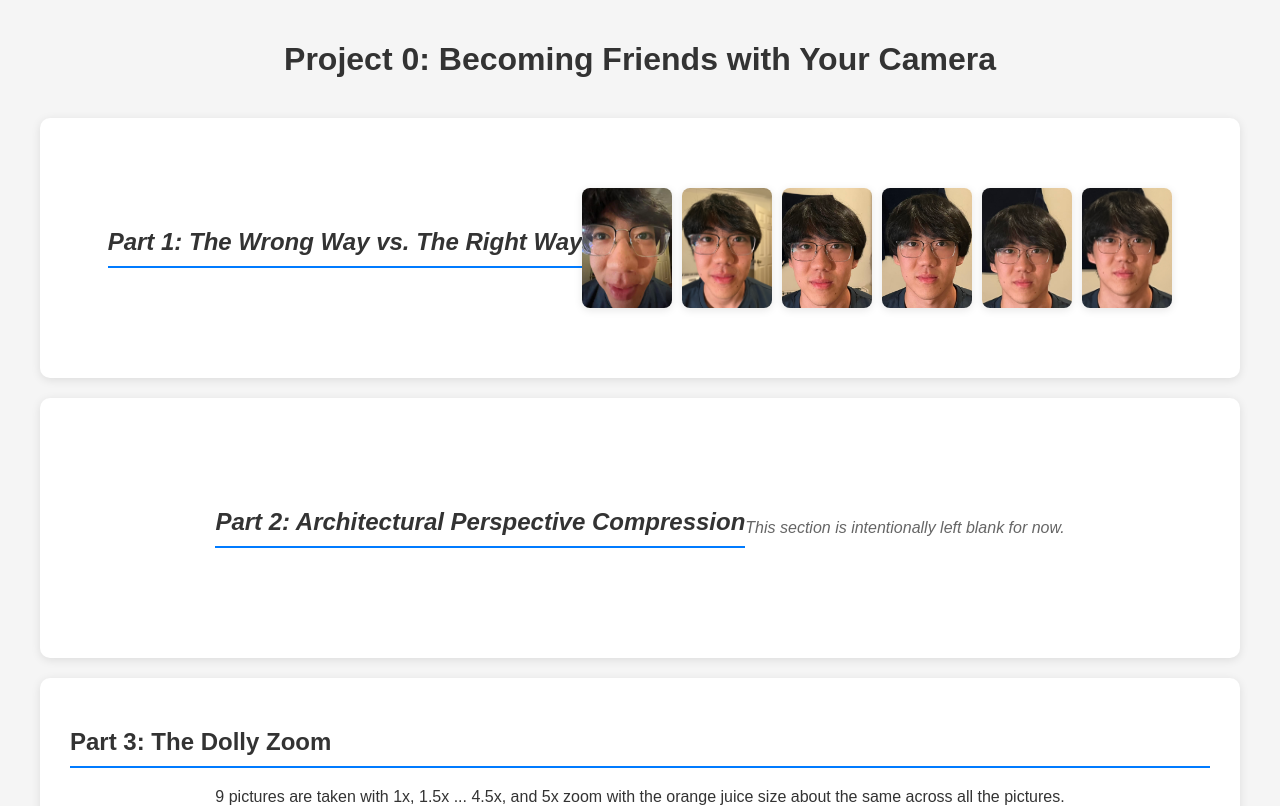
Repository: shuo-yuan/shuo-yuan.github.io
Page: 0/index.html
The author's editor kept a copy of each file at every save. The page is drawn from the files as they stood at one save, then again after a run of saves.
The browser window is 1280 px wide. The pictures show the part of the page from y = 0 to 806 px (the page is 1200 px tall).
A picture or video elsewhere on the page could not be fetched, so the positions and the page height are approximate.

Above is the page before, as saved 2025-09-02 02:00:32.

### 0/index.html
<!DOCTYPE html>
<html lang="en">
<head>
    <meta charset="UTF-8">
    <meta name="viewport" content="width=device-width, initial-scale=1.0">
    <title>Project 0: Becoming Friends with Your Camera</title>
    <style>
        body {
            font-family: Arial, sans-serif;
            max-width: 1200px;
            margin: 0 auto;
            padding: 20px;
            background-color: #f5f5f5;
        }

        .part {
            background: white;
            margin: 20px 0;
            padding: 30px;
            border-radius: 10px;
            box-shadow: 0 2px 10px rgba(0,0,0,0.1);
        }

        .part h2 {
            color: #333;
            border-bottom: 2px solid #007bff;
            padding-bottom: 10px;
            margin-bottom: 20px;
        }

        .part1, .part2 {
            min-height: 200px;
            display: flex;
            align-items: center;
            justify-content: center;
            color: #666;
            font-style: italic;
        }

        .gif-container {
            text-align: center;
        }

        .gif-container img {
            max-width: 60%;
            height: auto;
            border-radius: 8px;
            box-shadow: 0 4px 15px rgba(0,0,0,0.2);
        }

        .gif-container p {
            margin-top: 15px;
            color: #666;
            font-size: 14px;
        }

        .selfie-row {
            display: flex;
            justify-content: center;
            align-items: center;
            gap: 10px;
            margin: 20px 0;
            flex-wrap: wrap;
        }

        .selfie-row img {
            max-width: 120px;
            max-height: 120px;
            width: auto;
            height: auto;
            border-radius: 8px;
            box-shadow: 0 2px 8px rgba(0,0,0,0.1);
            object-fit: cover;
        }
    </style>
</head>
<body>
    <h1 style="text-align: center; color: #333; margin-bottom: 40px;">Project 0: Becoming Friends with Your Camera</h1>

    <div class="part part1">
        <h2>Part 1: The Wrong Way vs. The Right Way</h2>
        <div class="selfie-row">
            <img src="media/selfie_05.jpg" alt="Selfie 0.5x">
            <img src="media/selfie_1.jpg" alt="Selfie 1x">
            <img src="media/selfie_2.jpg" alt="Selfie 2x">
            <img src="media/selfie_3.jpg" alt="Selfie 3x">
            <img src="media/selfie_4.jpg" alt="Selfie 4x">
            <img src="media/selfie_5.jpg" alt="Selfie 5x">
        </div>
    </div>

    <div class="part part2">
        <h2>Part 2: Architectural Perspective Compression</h2>
        <div class="part2">
            <p>This section is intentionally left blank for now.</p>
        </div>
    </div>

    <div class="part part3">
        <h2>Part 3: The Dolly Zoom</h2>
        <p style="text-align: center; margin-bottom: 20px; color: #333; font-size: 16px;">9 pictures are taken with 1x, 1.5x ... 4.5x, and 5x zoom with the orange juice size about the same across all the pictures.</p>
        <div class="gif-container">
            <img src="../0/media/recurring_animation.gif" alt="Recurring Animation GIF" onerror="this.style.display='none'; this.nextElementSibling.style.display='block';">
        </div>
    </div>
</body>
</html>

After the next 3 saves:
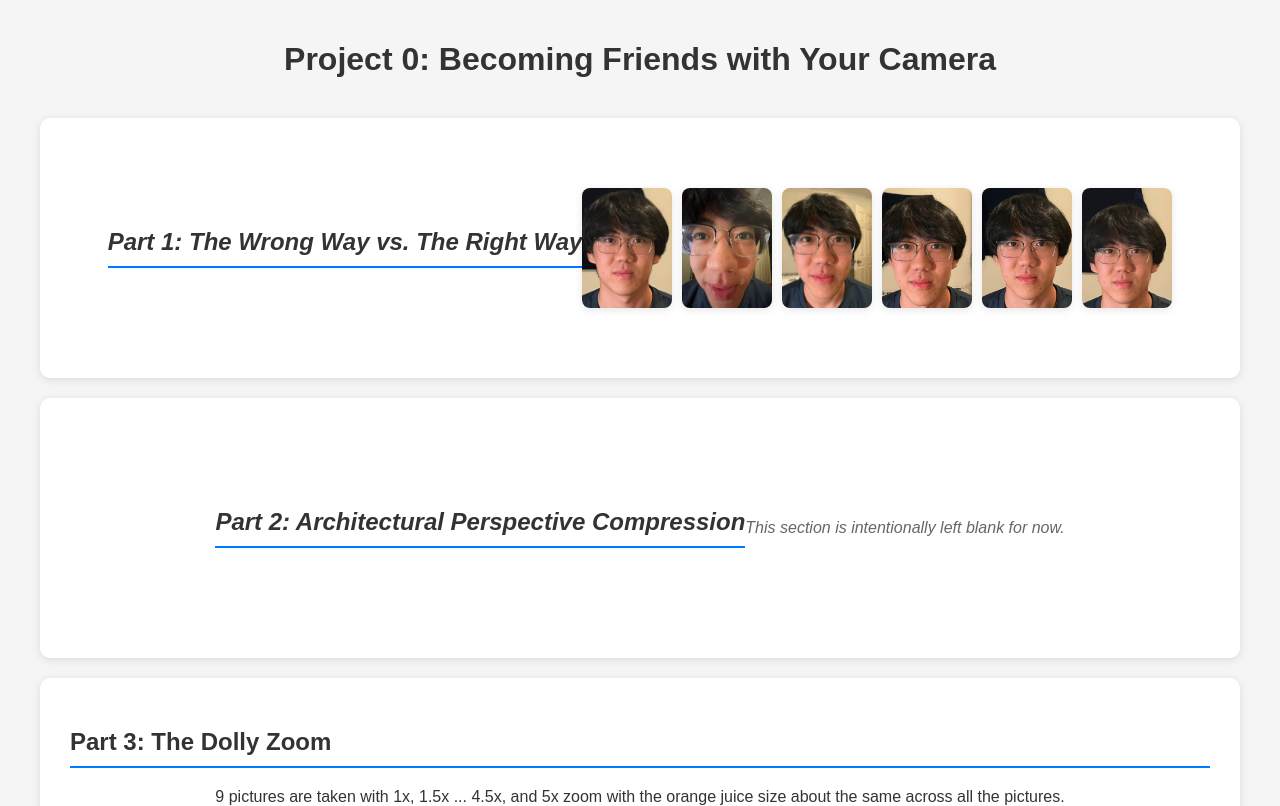
The 3 saves are shown as one change because they came seconds apart.
The last was saved 27 s later.
--- a/0/index.html
+++ b/0/index.html
@@ -80,12 +80,12 @@
     <div class="part part1">
         <h2>Part 1: The Wrong Way vs. The Right Way</h2>
         <div class="selfie-row">
+            <img src="media/selfie_5.jpg" alt="Selfie 5x">
             <img src="media/selfie_05.jpg" alt="Selfie 0.5x">
             <img src="media/selfie_1.jpg" alt="Selfie 1x">
             <img src="media/selfie_2.jpg" alt="Selfie 2x">
             <img src="media/selfie_3.jpg" alt="Selfie 3x">
             <img src="media/selfie_4.jpg" alt="Selfie 4x">
-            <img src="media/selfie_5.jpg" alt="Selfie 5x">
         </div>
     </div>
 
